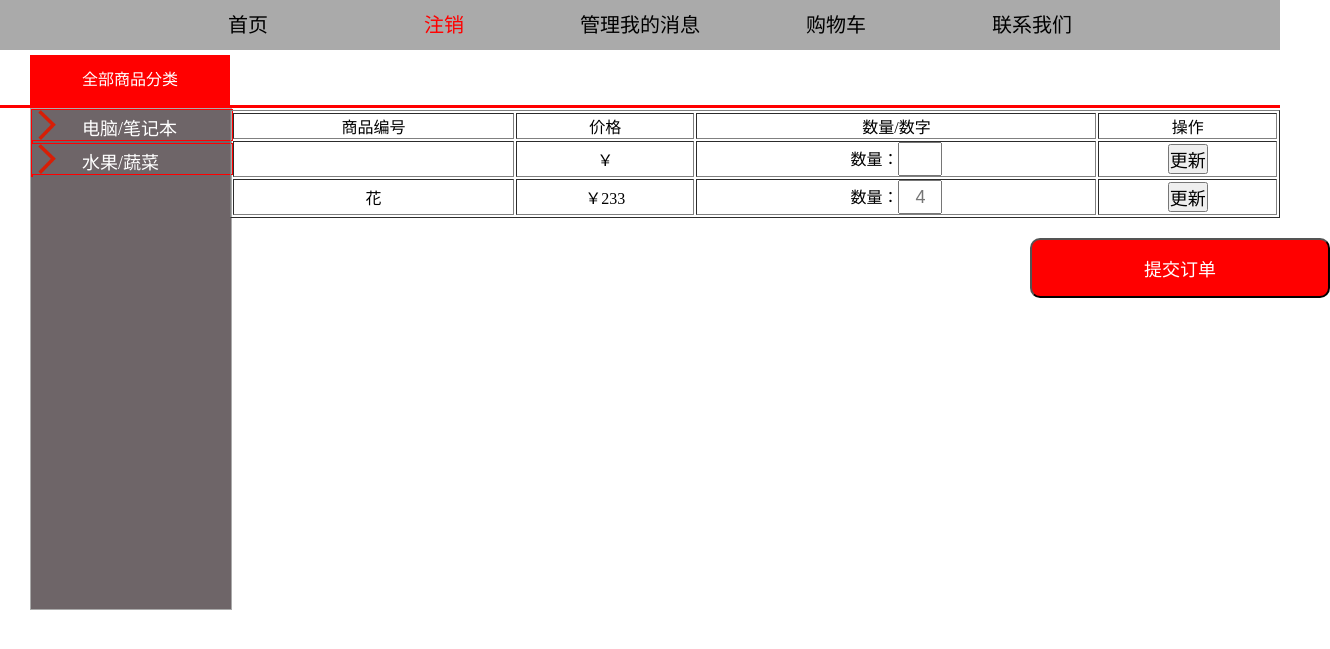
Repository: huaermao123/shopping
Page: http://localhost/Login2_02/gouwuche.jsp
An editor plug-in stored every save of this project. The page is shown before and after the next save, followed by the edit.
The browser window is 1280 px wide. The page is 1330 px wide, so the pictures cover 1330 px, including what lies to the right of the window. The pictures show the whole page.
The page is served by Tomcat 9. Other server files are loaded and not shown. The template is opened directly, without the code that normally fills it, so the values that code supplies are empty.

Above is the page before, as saved 2017-10-17 16:34:30.

### Login2_02/WebContent/gouwuche.jsp
<%@ page language="java" contentType="text/html; charset=UTF-8"
    pageEncoding="UTF-8"%>
     <%@page import="java.util.*,com.neusoft.entity.PageModel,com.neusoft.entity.*"%>
    <%@ taglib uri="http://java.sun.com/jsp/jstl/core" prefix="c" %>
<!DOCTYPE html>
<html>
	<head>
		<meta charset="utf-8" />
		<title></title>
		<link rel="stylesheet" href="css/index.css" />
		<link rel="stylesheet" href="css/gouwuche.css" />
		<script type="text/javascript" src="js/_ll.js" ></script>
		<link rel="stylesheet" href="css/xiala.css" />
	</head>
	<body>

		<div id="top">
			<ul>
				<li><a href="AfterIndex.jsp">首页</a></li>
				<li id="denglu"><a href="index.jsp">注销</a></li>
				<li><a href="Register.jsp">管理我的消息</a></li>
				<li><a href="gouwuche.jsp">购物车</a></li>
				<li><a href="#">联系我们</a></li>
			</ul>
		</div>




	    <div id="qpsp">
	    	<p class="_p">全部商品分类</p>
	    </div>


	   <div id="shang_left">



	    	<div id="lb_01">
		    <img id="_img" onclick="_ll()" src="img/chu.png" width="30px" height="30px"/><p><a href="#">电脑/笔记本</a></p>
		    </div>

	    	<div id="shop_class" >
	    	<ul>
	    		<li><a href="#">神州计算机</a></li>
	    		<li><a href="#">华硕计算机</a></li>
	    		<li><a href="#">联想计算机</a></li>
	    		<li><a href="#">惠普计算机</a></li>
	    		<li><a href="#">红旗计算机</a></li>
	    		<li><a href="#">苹果计算机</a></li>
	    	</ul>
	    	</div>




	    	<div id="lb_01">
		    <img id="_img2" onclick="_ll2()" src="img/chu.png" width="30px" height="30px"/><p><a href="#">水果/蔬菜</a></p>
		    </div>

	    	<div id="shop_class2" >
	    	<ul>
	    		<li><a href="#">苹果</a></li>
	    		<li><a href="#">白菜</a></li>
	    		<li><a href="#">黄瓜</a></li>
	    		<li><a href="#">青菜</a></li>
	    		<li><a href="#">香蕉</a></li>
	    		<li><a href="#">梨</a></li>
	    	</ul>
	    	</div>

	    </div>



























		<form action="" method="post">
		<div id="gwcxx">
			<table border="1px"  style="text-align: center;">

				<tr>
					<td>商品编号</td>
					<td>价格</td>
					<td>数量/数字</td>
					<td>操作</td>

				</tr>
				<c:forEach items="map" var="course">
				<tr>
					<td>${map.pname}</td>
					<td>￥${map.price}</td>
					<td>数量：<input type="text" placeholder="${map.shuliang}" value=""/></td>
					<td><input type="submit" value="更新"/></td>

				</tr>
				</c:forEach>
				<tr>
					<td>花</td>
					<td>￥233</td>
					<td>数量：<input type="text" placeholder="4" value=""/></td>
					<td><input type="submit" value="更新"/></td>

				</tr>
			</table>
			<div id="tj_b"><button>提交订单</button></div>
		</div>
		</form>
	</body>
</html>

### Login2_02/WebContent/css/index.css
*{
	padding: 0px;
	margin: 0px;
}
#top{
	width: 100%;
	height: 50px;

 text-align: center;
 background-color: #AAAAAA;
}

#top ul{
	list-style: none;
	width: 100%;
	line-height: 50px;
}
#top ul li{
	display: inline-block;
	width: 15%;

}
#top ul li a{
	text-decoration:none ;
	font-size: 20px;
	color: #000000;
}
#top ul  #denglu a{
	color: red;
}

/**
 * 搜索栏
 */
#ssl{


	height: 100px;
}
#ssl .spzs{
	width: 200px;
	height: 100px;
	border: 1px solid white;
	text-align: center;
	line-height: 100px;
	font-size:20px ;
	background-image: url(../img/4.jpg);
	background-repeat: no-repeat;
background-position-x: 25px;
	background-size:150px;
}
#ssl  .button{
	width:720px ;
	height: 50px;
	border: 3px solid red;
	background-color: red;
	margin-top: -80px;
	margin-left: 500px;
}
#ssl  .button input{
	width:580px ;
	height: 45px;
}
#ssl  .button button{
	height: 50px;
	width:135px ;
	background-color: red;
	border: hidden;
	color: white;
	cursor: pointer;
}
#ssl  .button+div{
	width:200px ;
	height: 50px;
	border: 1px solid #AAAAAA;
	background-color: #AAAAAA;
	text-align: center;
	line-height: 50px;
	background-image: url(../img/gwc.png);
	background-repeat:no-repeat;
	background-position-x: 150px;
	background-position-y: 10px;
	cursor: pointer;
	margin: -52px 0px 0px 1250px;
}
#ssl  .button+div a{
	color: red;
	text-decoration: none;

}

  /*
   * 所有商品的展示
   */

#qpsp{
	width: 100%;
	height: 50px;
	border-bottom:3px solid red ;
	margin-top: 5px;
}
._p{
	width: 200px;
	height: 50px;
	background-color: red;
	color: white;
	font-size: 16px;
	text-align: center;
	line-height: 50px;
	margin-left: 30px;
	cursor: pointer;
}

/*
 * 商品类别的左边栏
 */
#shang_left{
	width: 200px;
	height: 500px;
	border: 1px solid #AAAAAA;
	margin-left: 30px;
}


/*
 * 商品的展示
 */
#_iframe{
	margin-left: 240px;
	margin-top: -500px;
}
#_iframe iframe{
	border: hidden;
	width: 100%;
	height: 1000px;


}


#shang_left{
	background-color: #6E6568;
}
#shang_left ul{
	list-style: none;
	text-align: center;
	line-height: 30px;
}
#shang_left ul li a{
	text-decoration: none;
	color: white;
}

### Login2_02/WebContent/css/gouwuche.css
#gwcxx{
	margin-left: 230px;
	margin-top: -500px;

}
#gwcxx table{
	width: 100%;
}
#gwcxx table input{
	width: 40px;
	height: 30px;
	text-align: center;
	font-size:18px ;
}
#gwcxx #tj_b{
	margin: 20px auto;

}
#gwcxx #tj_b button{
	margin-left: 800px;
	width: 300px;
	height: 60px;
	background-color: red;
	border-radius: 10px;
	font-size: 18px;
	color: white;
}

/*
 * 动态数据的样式（分类）
 */
#shang_left{
	background-color: #6E6568;
	height: 500px;
}
#shang_left ul{
	list-style: none;
	text-align: center;
	line-height: 30px;
}
#shang_left ul li a{
	text-decoration: none;
	color: white;
}

### Login2_02/WebContent/js/_ll.js
function _ll(){
var img=document.getElementById("_img");

if(img.src.match("chu.png")){


	var _sl=document.getElementById("shop_class");
	 var _style="transition: height 0.2s;height: 150px;width:200px; border: 1px solid red;overflow: hidden";
		 _sl.setAttribute("style",_style);
		img.src="img/on_xiala.png";



	}else{
			var _sl=document.getElementById("shop_class");
	 var _style="transition: height 0.2s;height: 0px;width:200px; border: 1px solid red;overflow: hidden";
		 _sl.setAttribute("style",_style);
		img.src="img/chu.png";
	}

}

function _ll2(){
var img=document.getElementById("_img2");

if(img.src.match("chu.png")){


	var _sl=document.getElementById("shop_class2");
	 var _style="transition: height 0.2s;height: 150px;width:200px; border: 1px solid red;overflow: hidden";
		 _sl.setAttribute("style",_style);
		img.src="img/on_xiala.png";



	}else{
			var _sl=document.getElementById("shop_class2");
	 var _style="transition: height 0.2s;height: 0px;width:200px; border: 1px solid red;overflow: hidden";
		 _sl.setAttribute("style",_style);
		img.src="img/chu.png";
	}

}

### Login2_02/WebContent/css/xiala.css
#lb_01{
	height: 30px;
	width: 200px;
	border: 1px solid red;
}
#lb_01 p
{
 	margin-top: -30px;
 	margin-left: 50px;
 	font-size:18px ;
 	color: white;
}
#lb_01 p a{
	text-decoration: none;
	 	color: white;

}
#shop_class,#shop_class2{
	height: 0px;
	width: 0px;
	border: 1px solid red;
	overflow: hidden;
}

After the next save:
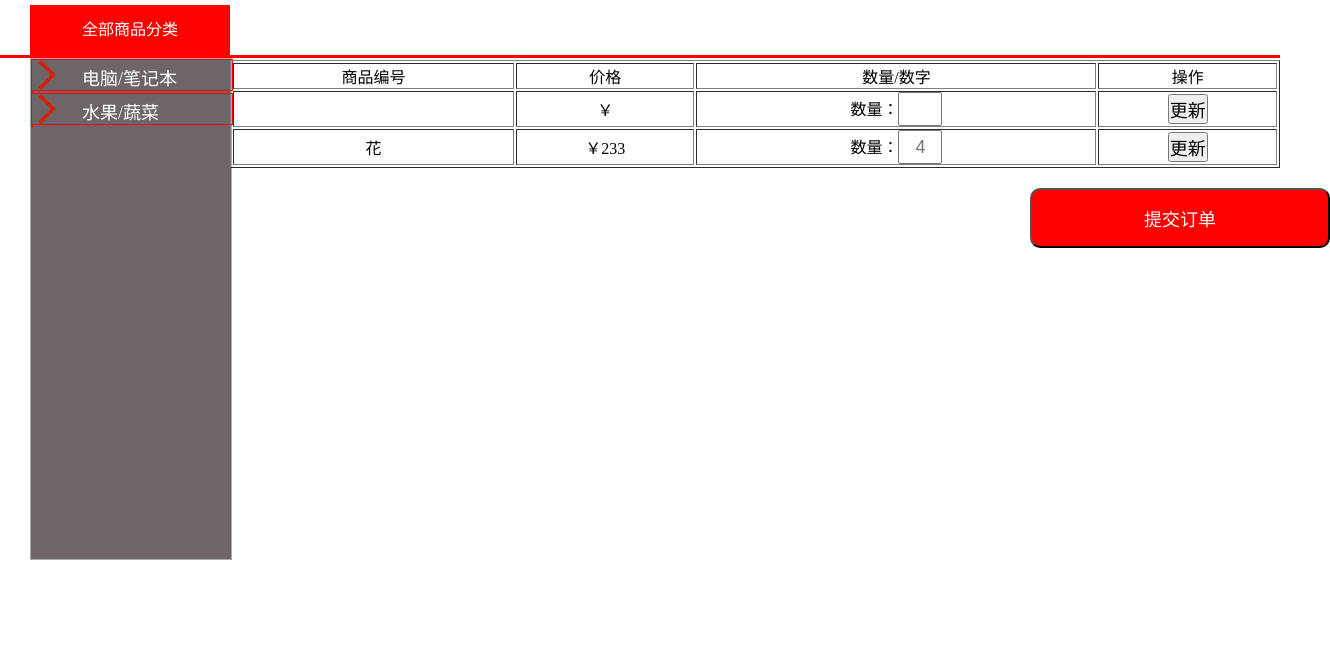
Saved 34 s later.
--- a/Login2_02/WebContent/gouwuche.jsp
+++ b/Login2_02/WebContent/gouwuche.jsp
@@ -14,15 +14,7 @@
 	</head>
 	<body>
 
-		<div id="top">
-			<ul>
-				<li><a href="AfterIndex.jsp">首页</a></li>
-				<li id="denglu"><a href="index.jsp">注销</a></li>
-				<li><a href="Register.jsp">管理我的消息</a></li>
-				<li><a href="gouwuche.jsp">购物车</a></li>
-				<li><a href="#">联系我们</a></li>
-			</ul>
-		</div>
+
 
 
 
